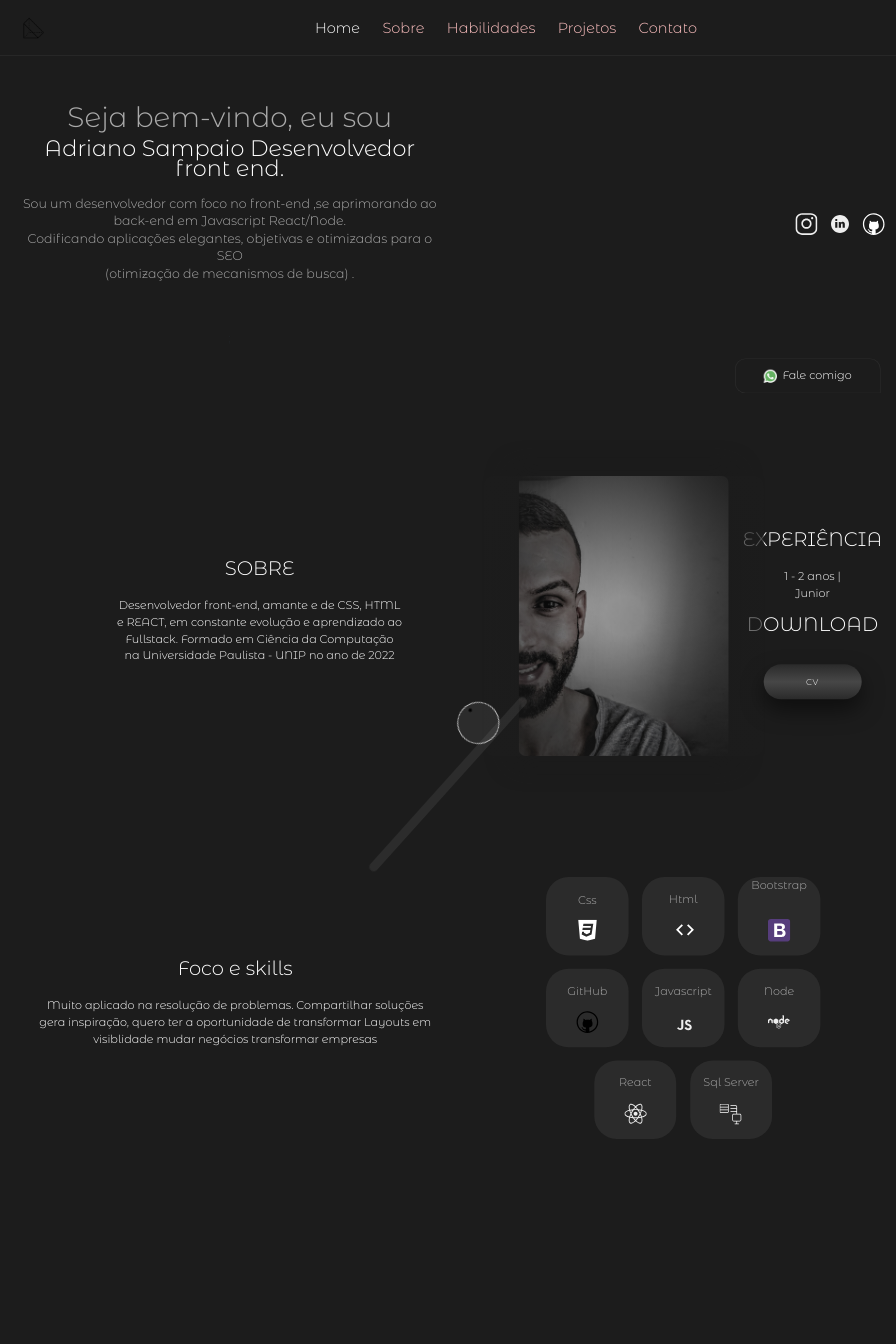
Repository: adrianodisam/NovoPortifolio
Page: /
The author's editor kept a copy of each file at every save. The page is drawn from the files as they stood at one save, then again after the next save.
The browser window is 1280 px wide. The pictures show the part of the page from y = 0 to 1920 px (the page is 3024 px tall), at 70% of full size.
The project was rebuilt for these pictures with package versions that can differ from the ones it lists, and the page was loaded fresh each time. Imported but missing from the stored project, and not drawn on this page: src/componentes/Download/Adriano.pdf.

Above is the page before, as saved 2024-11-02 16:45:33.

After the next save:
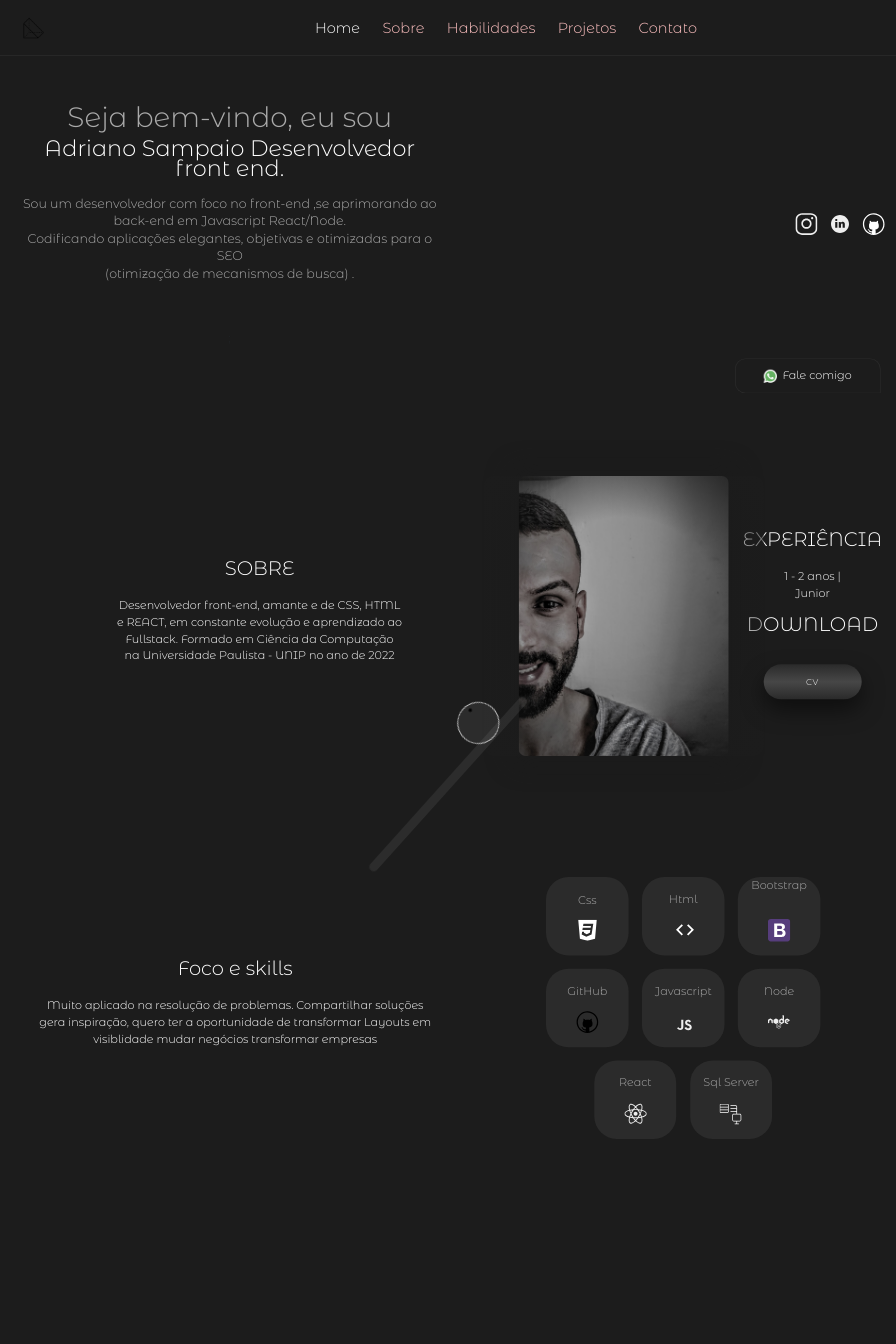
Saved 25 s later.
--- a/src/componentes/FotoSobre/FotoSobre.module.css
+++ b/src/componentes/FotoSobre/FotoSobre.module.css
@@ -24,7 +24,7 @@
   position: absolute;
   width: 400px; /* Um pouco maior que a imagem para o efeito de borda */
   height: 400px;
-  background: radial-gradient(circle, rgba(28, 28, 28, 0) 10%, #1c1c1c 100%);
+  background: radial-gradient(circle, rgba(28, 28, 28, 0) 50%, #1c1c1c 100%);
   border-radius: 15px;
   z-index: 0;
 }
